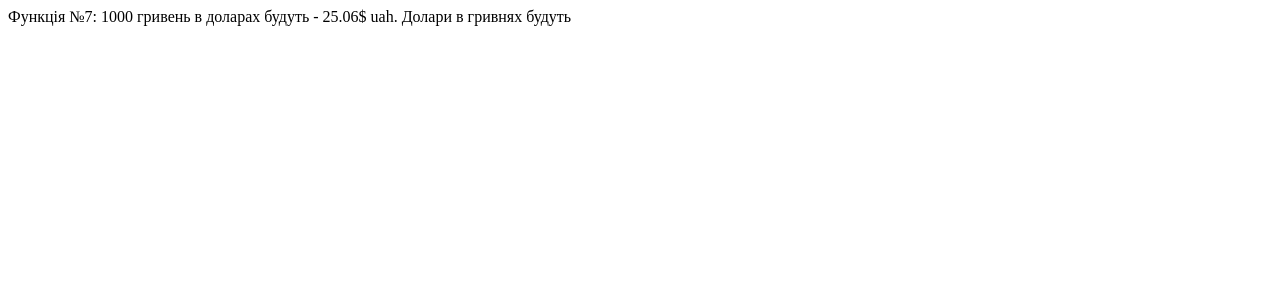
Repository: batonAnton/cursor_js_hw_3
Page: index.html
The author's editor kept a copy of each file at every save. The page is drawn from the files as they stood at one save, then again after the next save.
The browser window is 1280 px wide. The pictures show the whole page.

Above is the page before, as saved 2022-08-29 20:50:48.

After the next save:
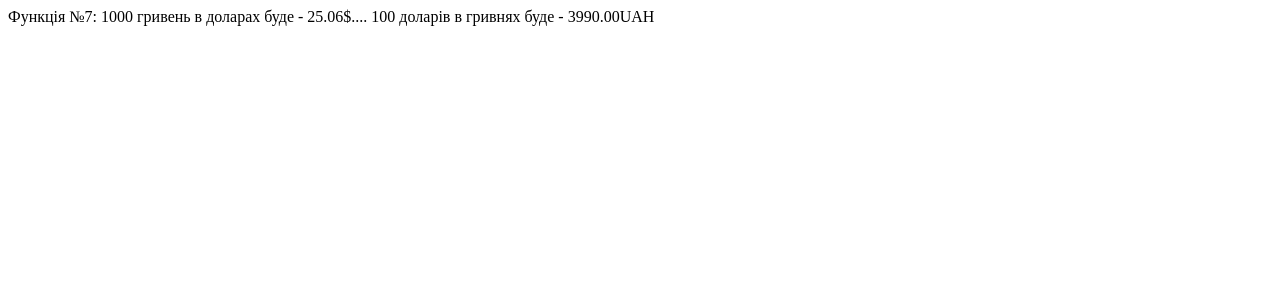
Saved 5 min 5 s later.
--- a/js/index.js
+++ b/js/index.js
@@ -83,20 +83,24 @@ repeatLetter( test_str);
 
 function convertCurrency (typeValue){
     let dollars = 39.9;
-    // typeValue = typeValue.toUpperCase();
     let res;
-
         if (typeValue.includes("UAH")) {
             res =   (+typeValue.slice(0, typeValue.indexOf("UAH")) / dollars).toFixed(2) + "$";
 
           } else if (typeValue.includes("$")) {
             res = (+typeValue.slice(0, typeValue.indexOf("$")) * dollars).toFixed(2) + "UAH";
+          } else {
+            alert("тільки долари і гривні");
           } return res;
 
 
 }
 
-// console.log(convertCurrency(100));
+
 let typeValue="1000 UAH";
 
-document.writeln(`Функція №7: 1000 гривень в доларах будуть - ${convertCurrency(typeValue)} uah.  Долари в гривнях будуть`);
+document.writeln(`Функція №7: 1000 гривень в доларах буде - ${convertCurrency(typeValue)}....`);
+typeValue = "100$";
+document.writeln(` 100 доларів в гривнях  буде - ${convertCurrency(typeValue)} `);
+
+//
